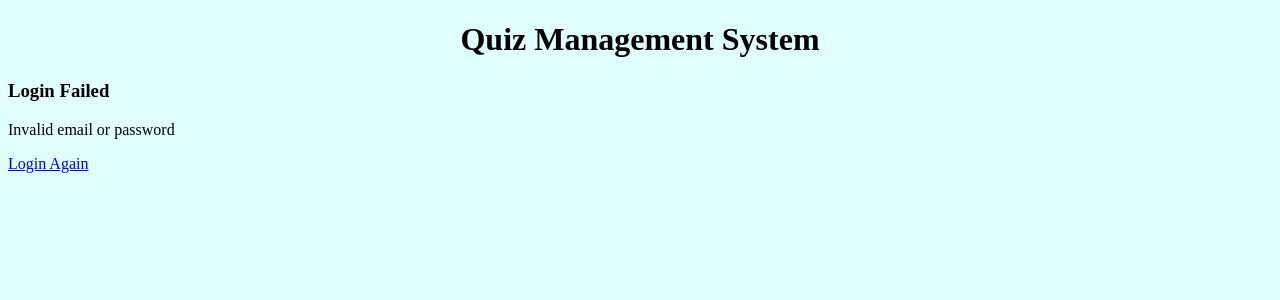
Repository: Rohitsenpai01/Quiz-Manangement-System
Page: http://localhost/WebQuizApp/login.jsp
The author's editor kept a copy of each file at every save. The page is drawn from the files as they stood at one save, then again after the next save.
The browser window is 1280 px wide. The pictures show the whole page.
The page is served by Tomcat 9. Other server files are loaded and not shown. Queries for data that is not in the repository find no rows.

Above is the page before, as saved 2025-12-29 05:52:22.

### WebQuizApp/WebQuizApp/src/main/webapp/login.jsp
<%@page import="com.app.beans.LoginBean"%>
<%@ page language="java" contentType="text/html; charset=UTF-8"
    pageEncoding="UTF-8"%>
<%@ taglib prefix="c" uri="http://java.sun.com/jsp/jstl/core" %>
<!DOCTYPE html>
<html>
<head>
<meta charset="UTF-8">
<title>Insert title here</title>
</head>
<body bgcolor="${initParam.theme}">
	<h1 style="text-align: center;">${initParam.appTitle}</h1>
	<jsp:useBean id="lp" class="com.app.beans.LoginBean" scope="session"/>
	<jsp:setProperty name="lp" property="*"/>
	${lp.autheticate()}
	<c:choose>
		<c:when test="${empty lp.user}">
			<h3>Login Failed</h3>
			<p>Invalid email or password</p>
			<a href="index.jsp">Login Again</a>
		</c:when>
		<c:when test="${lp.user.role == 'Admin'}">
			<c:redirect url="admin.jsp"/>
		</c:when>
		<c:otherwise>
			<c:redirect url="student.jsp"/>
		</c:otherwise>
	</c:choose>
</body>
</html>

### WebQuizApp/WebQuizApp/src/main/java/com/app/beans/LoginBean.java
package com.app.beans;

import com.app.daos.UserDao;
import com.app.daos.UserDaoImp;
import com.app.pojos.User;

public class LoginBean {
	private String email;
	private String passwd;
	private User user;
	public LoginBean() {
	}
	public String getEmail() {
		return email;
	}
	public void setEmail(String email) {
		this.email = email;
	}
	public String getPasswd() {
		return passwd;
	}
	public void setPasswd(String passwd) {
		this.passwd = passwd;
	}
	public User getUser() {
		return user;
	}
	public void setUser(User user) {
		this.user = user;
	}
	public void autheticate() {
		try(UserDao userDao = new UserDaoImp()) {
			User dbUser = userDao.findByEmail(email);
			if(dbUser != null && dbUser.getPassword().equals(passwd))
				this.user = dbUser;
			else
				this.user = null;
		} catch (Exception e) {
			e.printStackTrace();
		}
	}
}

### WebQuizApp/WebQuizApp/src/main/java/com/app/daos/UserDao.java
package com.app.daos;

import java.util.List;
import com.app.pojos.User;

public interface UserDao extends AutoCloseable{
	User findByEmail(String email) throws Exception;
	User findById(int userId) throws Exception;
	List<User> findAll() throws Exception;
	int save(User u) throws Exception;
}

### WebQuizApp/WebQuizApp/src/main/java/com/app/pojos/User.java
package com.app.pojos;

import java.time.LocalDate;

public class User {
	private int id;
	private String name;
	private String email;
	private String password;
	private LocalDate created_at;
	private String role;
	public User() {
	}
	public User(int id, String name, String email, String password, LocalDate created_at, String role) {
		this.id = id;
		this.name = name;
		this.email = email;
		this.password = password;
		this.created_at = created_at;
		this.role = role;
	}
	public int getId() {
		return id;
	}
	public void setId(int id) {
		this.id = id;
	}
	public String getName() {
		return name;
	}
	public void setName(String name) {
		this.name = name;
	}
	public String getEmail() {
		return email;
	}
	public void setEmail(String email) {
		this.email = email;
	}
	public String getPassword() {
		return password;
	}
	public void setPassword(String password) {
		this.password = password;
	}
	public LocalDate getCreated_at() {
		return created_at;
	}
	public void setCreated_at(LocalDate created_at) {
		this.created_at = created_at;
	}
	public String getRole() {
		return role;
	}
	public void setRole(String role) {
		this.role = role;
	}
}

### WebQuizApp/WebQuizApp/src/main/java/com/app/daos/Dao.java
package com.app.daos;

import java.sql.Connection;
import com.app.util.DbUtil;

public class Dao implements AutoCloseable{
	protected Connection con;
	public Dao() throws Exception{
		con = DbUtil.getConnection();
	}
	public void close() throws Exception {
		if(con != null) {
			con.close();
		}
	}
}

### WebQuizApp/WebQuizApp/src/main/java/com/app/daos/UserDaoImp.java
package com.app.daos;

import java.sql.PreparedStatement;
import java.sql.ResultSet;
import java.util.ArrayList;
import java.util.List;

import com.app.pojos.User;

public class UserDaoImp extends Dao implements UserDao{
	private PreparedStatement stmtFindByEmail;
	private PreparedStatement stmtFindById;
	private PreparedStatement stmtFindAll;
	private PreparedStatement stmtSave;

	public UserDaoImp() throws Exception {
		stmtFindByEmail = con.prepareStatement("SELECT * FROM USERS WHERE email=?");
		stmtFindById = con.prepareStatement("SELECT * FROM USERS WHERE user_id=?");
		stmtFindAll = con.prepareStatement("SELECT * FROM USERS");
		stmtSave = con.prepareStatement("INSERT INTO USERS() VALUES ()");
	}

	public void close() throws Exception {
		stmtFindByEmail.close();
		stmtFindById.close();
		stmtFindAll.close();
		stmtSave.close();
		super.close();
	}

	@Override
	public User findByEmail(String email) throws Exception {
		stmtFindByEmail.setString(1, email);
		try(ResultSet rs = stmtFindByEmail.executeQuery()) {
			if(rs.next()) {
				int uid = rs.getInt("user_id");
				String name = rs.getString("name");
				email = rs.getString("email");
				String passwd = rs.getString("password_hash");
				String role = rs.getString("role");
				User user = new User(uid, name, email, passwd, null, role);
				return user;
			}
		}
		return null;
	}

	@Override
	public User findById(int user_id) throws Exception {
		stmtFindById.setInt(1, user_id);
		try(ResultSet rs = stmtFindByEmail.executeQuery()) {
			if(rs.next()) {
				user_id = rs.getInt("user_id");
				String name = rs.getString("name");
				String email = rs.getString("email");
				String passwd = rs.getString("password_hash");
				String role = rs.getString("role");
				User user = new User(user_id, name, email, passwd, null, role);
				return user;
			}
		}
		return null;
	}

	@Override
	public List<User> findAll() throws Exception {
		List<User> list = new ArrayList<>();
		try(ResultSet rs = stmtFindAll.executeQuery()) {
			while(rs.next()) {
				int user_id = rs.getInt("user_id");
				String name = rs.getString("name");
				String email = rs.getString("email");
				String passwd = rs.getString("password_hash");
				String role = rs.getString("role");
				User user = new User(user_id, name, email, passwd, null, role);
				list.add(user);
			}
		}
		return list;
	}

	@Override
	public int save(User u) throws Exception {
		stmtSave.setInt(1, u.getId());
		stmtSave.setString(2, u.getName());
		stmtSave.setString(3, u.getEmail());
		stmtSave.setString(4, u.getPassword());
		stmtSave.setString(5, u.getRole());
		int us = stmtSave.executeUpdate();
		return us;
	}


}

### WebQuizApp/WebQuizApp/src/main/java/com/app/util/DbUtil.java
package com.app.util;

import java.sql.Connection;
import java.sql.DriverManager;

public class DbUtil {
	private static final String DB_DRIVER = "com.mysql.cj.jdbc.Driver";
	private static final String DB_URL = "jdbc:mysql://localhost:3306/quiz_management_system";
	private static final String DB_USER = "root";
	private static final String DB_PASSWD = "manager";

	static {
		try {
			Class.forName(DB_DRIVER);
		} catch(Exception e) {
			e.printStackTrace();
			System.exit(1);
		}
	}

	public static Connection getConnection() throws Exception {
		Connection con = DriverManager.getConnection(DB_URL, DB_USER, DB_PASSWD);
		return con;
	}
}

After the next save:
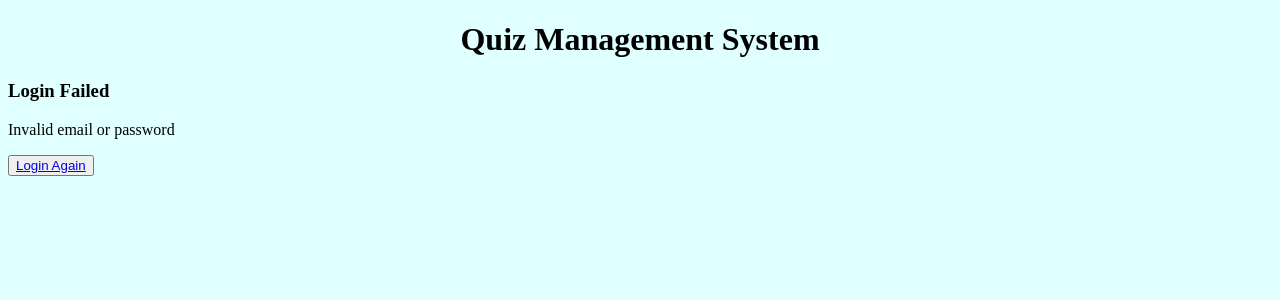
Saved 2 min 5 s later.
--- a/WebQuizApp/WebQuizApp/src/main/webapp/login.jsp
+++ b/WebQuizApp/WebQuizApp/src/main/webapp/login.jsp
@@ -15,9 +15,11 @@
 	${lp.autheticate()}
 	<c:choose>
 		<c:when test="${empty lp.user}">
+			<div>
 			<h3>Login Failed</h3>
 			<p>Invalid email or password</p>
-			<a href="index.jsp">Login Again</a>
+			<button><a href="index.jsp">Login Again</a></button>
+			</div>
 		</c:when>
 		<c:when test="${lp.user.role == 'Admin'}">
 			<c:redirect url="admin.jsp"/>
